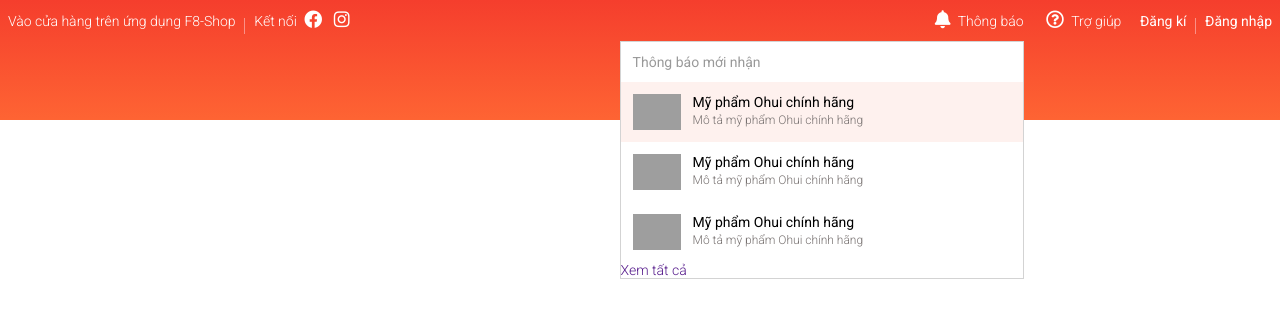
Repository: phunobi1807/shopee
Page: index.html
An editor plug-in stored every save of this project. The page is shown before and after the next save, followed by the edit.
The browser window is 1280 px wide. The pictures show the whole page.
Pictures or frames that could not be fetched are drawn as grey boxes.

Above is the page before, as saved 2021-06-13 12:22:10.

### index.html
<!DOCTYPE html>
<html lang="en">

<head>
    <meta charset="UTF-8">
    <meta http-equiv="X-UA-Compatible" content="IE=edge">
    <meta name="viewport" content="width=device-width, initial-scale=1.0">
    <title>Document</title>
    <link rel="stylesheet" href="https://cdnjs.cloudflare.com/ajax/libs/normalize/8.0.1/normalize.min.css">
    <link rel="stylesheet" href="./assets/css/base.css">
    <link rel="stylesheet" href="./assets/css/main.css">
    <link rel="stylesheet"
        href="./assets/fonts/fontawesome-free-5.15.3-web/fontawesome-free-5.15.3-web/css/all.min.css">
    <link rel="preconnect" href="https://fonts.gstatic.com">
    <link href="https://fonts.googleapis.com/css2?family=Roboto:wght@300;400;500&display=swap" rel="stylesheet">
</head>

<body>
    <div class="app">
        <header class="header">
            <div class="grid">
                <nav class="header__navbar">
                    <ul class="header__navbar-list">
                        <li class="header__navbar-item header__navbar-item--has-qr header__navbar-item--separate">
                            Vào cửa hàng trên ứng dụng F8-Shop
                            <div class="header__qr">
                                <img src="./assets/img/QR_code.png" alt="QR code" class="header__qr-img">
                                <div class="header__qr-apps">
                                    <a href="" class="header__qr-link">
                                        <img src="./assets/img/app_store.png" alt="Google Play"
                                            class="header__qr-download-img">
                                    </a>
                                    <a href="" class="header__qr-link">
                                        <img src="./assets/img/gg_play.png" alt="App Store"
                                            class="header__qr-download-img">
                                    </a>
                                </div>
                            </div>
                        </li>
                        <li class="header__navbar-item">
                            <span class="header__navbar-title--no-pointer">Kết nối</span>
                            <a href="" class="header__navbar-icon-link">
                                <i class="header__navbar-icon fab fa-facebook"></i>
                            </a>
                            <a href="" class="header__navbar-icon-link">
                                <i class="header__navbar-icon fab fa-instagram"></i>
                            </a>
                        </li>
                    </ul>
                    <ul class="header__navbar-list">
                        <li class="header__navbar-item">
                            <a href="" class="header__navbar-item-link">
                                <i class="header__navbar-icon fas fa-bell"></i>
                                Thông báo
                            </a>
                            <div class="header__notify">
                                <header class="header__notify-header">
                                    <h3>Thông báo mới nhận</h3>
                                </header>
                                <ul class="header__notify-list">
                                    <li class="header__notify-item header__notify-item-viewed">
                                        <a href="" class="header__notify-link">
                                            <img src="https://cf.shopee.vn/file/5fbf9049e4439e01d27d8f14388c46f8_tn" alt="" class="header__notify-img">
                                            <div class="header__notify-info">
                                                <span class="header__notify-name">Mỹ phẩm Ohui chính hãng</span>
                                                <span class="header__notify-description">Mô tả mỹ phẩm Ohui chính
                                                    hãng</span>
                                            </div>
                                        </a>
                                    </li>
                                    <li class="header__notify-item">
                                        <a href="" class="header__notify-link">
                                            <img src="https://cf.shopee.vn/file/5fbf9049e4439e01d27d8f14388c46f8_tn" alt="" class="header__notify-img">
                                            <div class="header__notify-info">
                                                <span class="header__notify-name">Mỹ phẩm Ohui chính hãng</span>
                                                <span class="header__notify-description">Mô tả mỹ phẩm Ohui chính
                                                    hãng</span>
                                            </div>
                                        </a>
                                    </li>
                                    <li class="header__notify-item ">
                                        <a href="" class="header__notify-link">
                                            <img src="https://cf.shopee.vn/file/5fbf9049e4439e01d27d8f14388c46f8_tn" alt="" class="header__notify-img">
                                            <div class="header__notify-info">
                                                <span class="header__notify-name">Mỹ phẩm Ohui chính hãng</span>
                                                <span class="header__notify-description">Mô tả mỹ phẩm Ohui chính
                                                    hãng</span>
                                            </div>
                                        </a>
                                    </li>
                                </ul>
                                <footer class="header__notify-footer">
                                    <a href="" class="header__notify-footer-btn">Xem tất cả</a>
                                </footer>
                            </div>
                        </li>
                        <li class="header__navbar-item">
                            <a href="" class="header__navbar-item-link">
                                <i class="header__navbar-icon far fa-question-circle"></i>
                                Trợ giúp
                            </a>
                        </li>
                        <li class="header__navbar-item header__navbar-item--strong header__navbar-item--separate">Đăng
                            kí</li>
                        <li class="header__navbar-item header__navbar-item--strong">Đăng nhập</li>
                    </ul>
                </nav>
            </div>
        </header>
        <div class="container">

        </div>
        <footer class="footer">

        </footer>
    </div>
</body>

</html>

### assets/css/base.css
:root
{
    --primary-color:#ee4d2d;
    --white-color: #fff;
    --black-color: #000;
    --text-color: #333;
}

*
{
    box-sizing: inherit;
}

html
{
    /* 10px */
    font-size: 62.5%;
    line-height: 1.6rem;
    font-family: 'Roboto', sans-serif;
    box-sizing: border-box;
}

.grid
{
    width: 1850px;
    max-width: 100%;
    margin: 0 auto;
}

.grid__full-width
{
    width: 100%;
}

.grid__row
{
    display: flex;
    flex-wrap: wrap;
}
/* Animation */
@keyframes fadeIn
{
    from
    {
        opacity: 0;
    }
    to
    {
        opacity: 1;
    }
}

### assets/css/main.css
.header
{
    height: 120px;
    background-image: linear-gradient(0, #fe6433, #f53e2d);
}
.header__navbar
{
    display: flex;
    justify-content: space-between;
}
.header__navbar-list
{
    list-style: none;
    padding-left: 0;
}
.header__navbar-item
{
    position: relative;
    margin: 0px 8px;
    min-height: 26px;
}
.header__navbar-item--has-qr:hover .header__qr
{
    display: block;
}
.header__navbar-item,
.header__navbar-item-link
{
    display: inline-block;
    font-size: 1.4rem;
    color: var(--white-color);
    text-decoration: none;
    font-weight: 300;
}
.header__navbar-item:hover,
.header__navbar-icon-link:hover,
.header__navbar-item-link:hover
{
    color: rgba(255, 255, 255, 0.7);
    cursor: pointer;
}
.header__navbar-item--strong
{
    font-weight: 400;
}
.header__navbar-item--separate::after
{
    content: "";
    display: block;
    position: absolute;
    border-left: 1px solid #FB9086;
    height: 16px;
    right: -9px;
    top: 50%;
    transform: translateY(-50%);
}

.header__navbar-icon-link
{
    color: var(--white-color);
    text-decoration: none;
}
.header__navbar-icon
{
    font-size: 1.8rem;
    margin: 0px 4px;

}
.header__navbar-title--no-pointer
{
    cursor: text;
    color: var(--white-color);
}
/* Header QR code  */
.header__qr
{
    background-color: var(--white-color);
    width: 186px;
    position: absolute;
    left: 0;
    top: 118%;
    padding: 8px;
    border-radius: 2px;
    display: none;
    animation:  fadeIn ease-in 0.3s;

}
.header__qr::before
{
    position: absolute;
    left: 0;
    top: -16px;
    width: 100%;
    height: 20px;
    content: "";
    display: block;

}
.header__qr-img
{
width: 100%;
}
.header__qr-apps
{
    display: flex;
    justify-content: space-between;
}
.header__qr-link:nth-child(1)
{
    margin-left: 11px;
}
.header__qr-link:nth-child(2)
{
    margin-right: 11px;
}
.header__qr-download-img
{
    height: 15px;
}

/* Header notification  */
.header__notify
{
    position: absolute;
    top: 118%;
    right: 0;
    width: 404px;
    border: 1px solid #D3D3D3;
    background-color: var(--white-color);
}
.header__notify-header
{
    height: 40px;
    background-color: var(--white-color);
}
.header__notify-header h3
{
    color: #999;
    margin: 0 0 0 12px;
    font-weight: 400;
    font-size: 1.4rem;
    line-height: 40px;
}
.header__notify-list
{
    padding-left: 0;
}
.header__notify-item
{
   display: flex;
}
.header__notify-item:hover
{
    background-color: #f7f7f7;
}
.header__notify-item-viewed
{
    background-color: rgba(238, 77, 45, 0.08);
}
.header__notify-link
{
    display: flex;
    width: 100%;
    padding: 12px;
    text-decoration: none;

}
.header__notify-img
{
    width: 48px;
    object-fit: contain;
}
.header__notify-info
{
    margin-left: 12px;
}

.header__notify-name
{
    display: block;
    font-size: 1.4rem;
    color: var(--black-color);
    font-weight: 400;
}
.header__notify-description
{
display: block;
font-size: 1.2rem;
line-height: 2rem;
color: #756F6E;
}
.header__notify-footer
{

}
.header__notify-footer-btn
{
    text-decoration: none;
    text-align: center;
}

Loaded but not shown: assets/fonts/fontawesome-free-5.15.3-web/fontawesome-free-5.15.3-web/css/all.min.css (library)

After the next save:
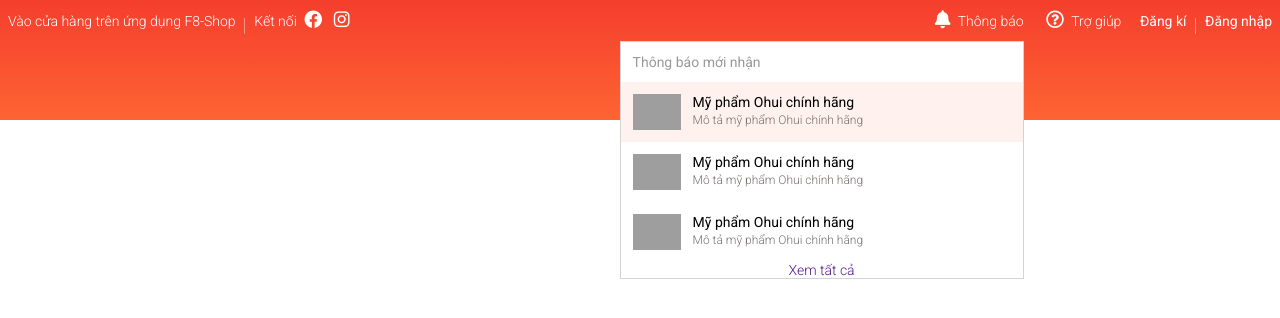
Saved 4 s later.
--- a/assets/css/main.css
+++ b/assets/css/main.css
@@ -191,10 +191,10 @@
 }
 .header__notify-footer
 {
-
+    text-align: center;
 }
 .header__notify-footer-btn
 {
     text-decoration: none;
-    text-align: center;
-}
+
+}
